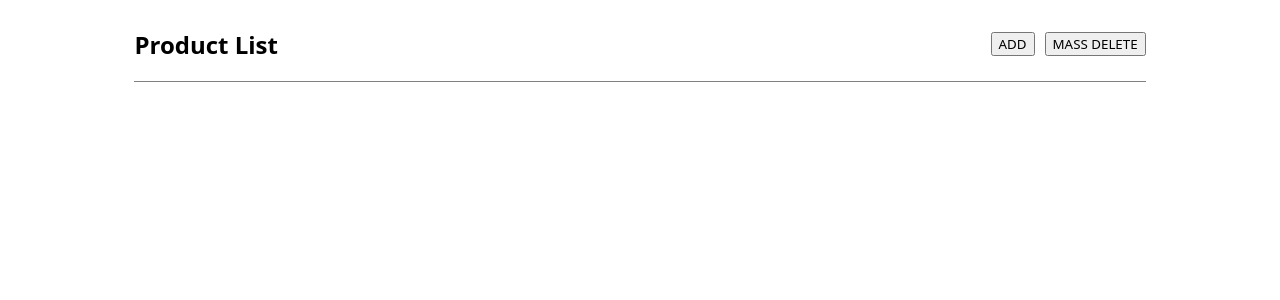
Repository: gabyto19/scandiweb
Page: http://localhost/
These files come from the project's save history. The page is drawn as it stood at one moment and after the next save; the edit follows.
The browser window is 1280 px wide. The pictures show the whole page.
Some web libraries are served in a nearby version. The page is run by PHP 8.4 with error messages shown; the project is at /var/www/html/. Queries for data that is not in the repository find no rows.

Above is the page before, as saved 2023-03-09 19:49:01.

After the next save:
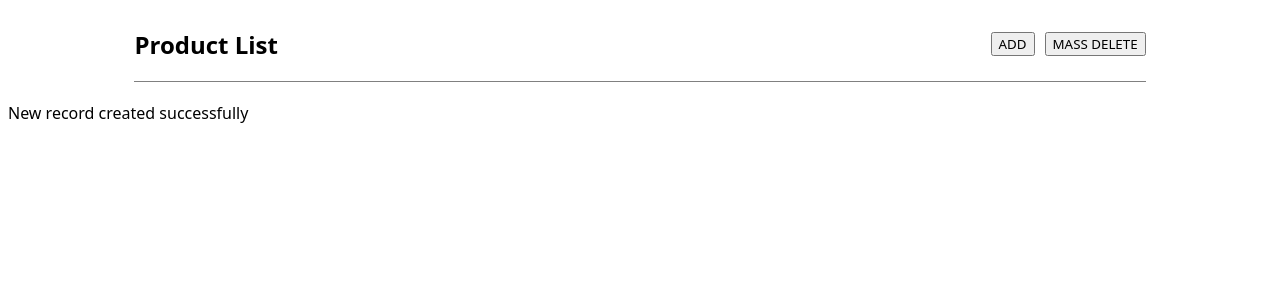
Saved 37 s later.
--- a/insert-product.php
+++ b/insert-product.php
@@ -2,6 +2,7 @@
 
 class Product
 {
+
     private $servername;
     private $username;
     private $password;
@@ -14,6 +15,8 @@
         $this->username = $username;
         $this->password = $password;
         $this->dbname = $dbname;
+        echo "New record created successfully";
+
     }
 
     public function connect()

After the save that followed:
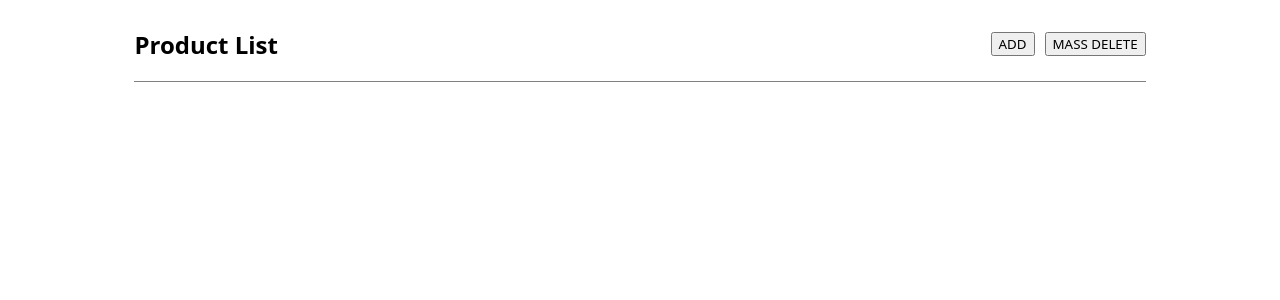
Saved 33 s later.
--- a/insert-product.php
+++ b/insert-product.php
@@ -15,7 +15,6 @@
         $this->username = $username;
         $this->password = $password;
         $this->dbname = $dbname;
-        echo "New record created successfully";
 
     }
 
